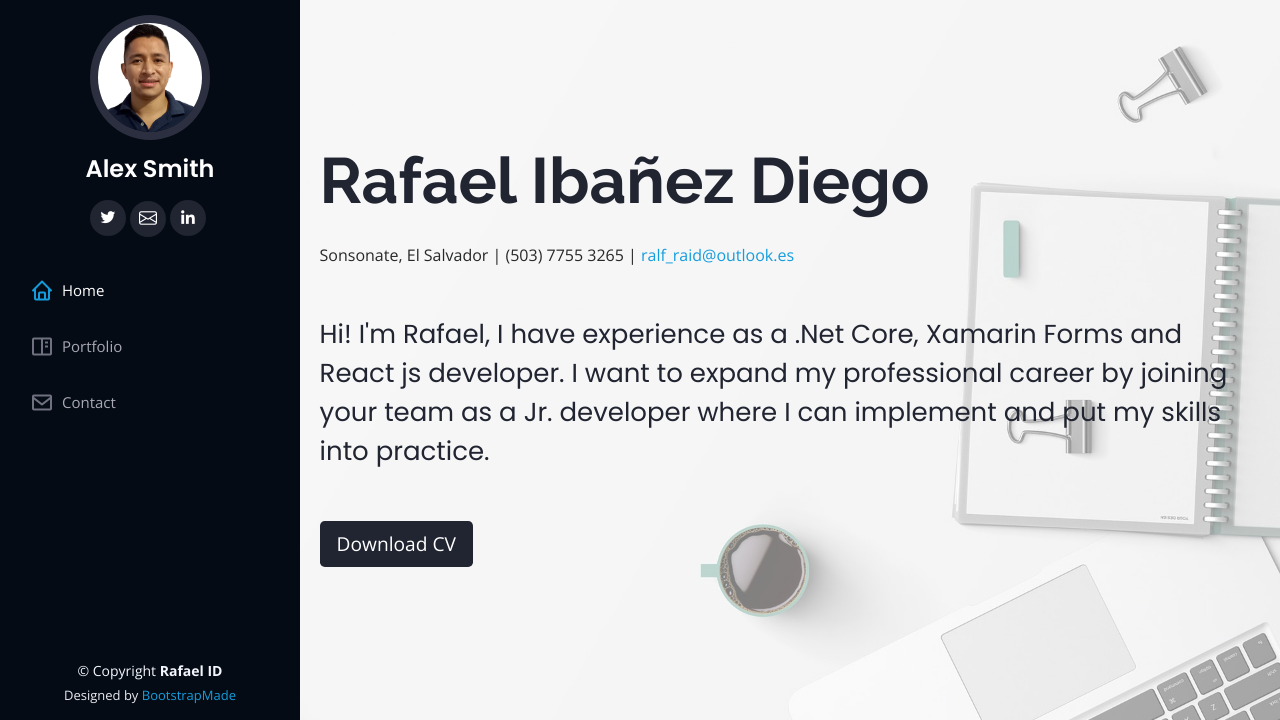
Repository: ralfId/myportfolio
Page: /index
The author's editor kept a copy of each file at every save. The page is drawn from the files as they stood at one save, then again after the next save.
The browser window is 1280 px wide. The pictures show the whole page.
The project was rebuilt for these pictures with package versions that can differ from the ones it lists, and the page was loaded fresh each time. Also part of the build but not shown: src/data/projects.js, src/components/Projects/ProjectItem.js, src/components/Projects/ProjectIndex.js, src/helpers/ProjectById.js, src/components/Projects/ProjectDetail.js.

Above is the page before, as saved 2021-09-20 18:36:50.

After the next save:
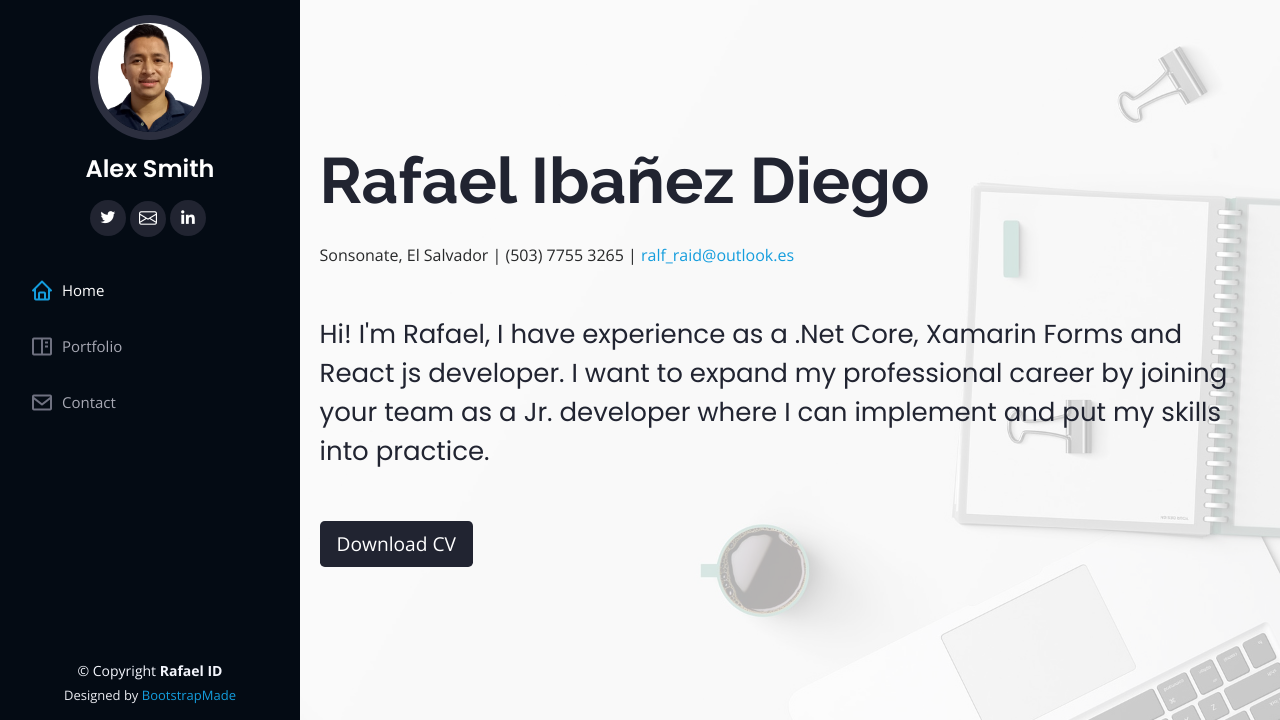
Saved 5 s later.
--- a/public/css/style.css
+++ b/public/css/style.css
@@ -246,7 +246,7 @@ h6 {
 
   #hero:before {
     content: "";
-    background: rgba(255, 255, 255, 0.5);
+    background: rgba(255, 255, 255, 0.7);
     position: absolute;
     bottom: 0;
     top: 0;
